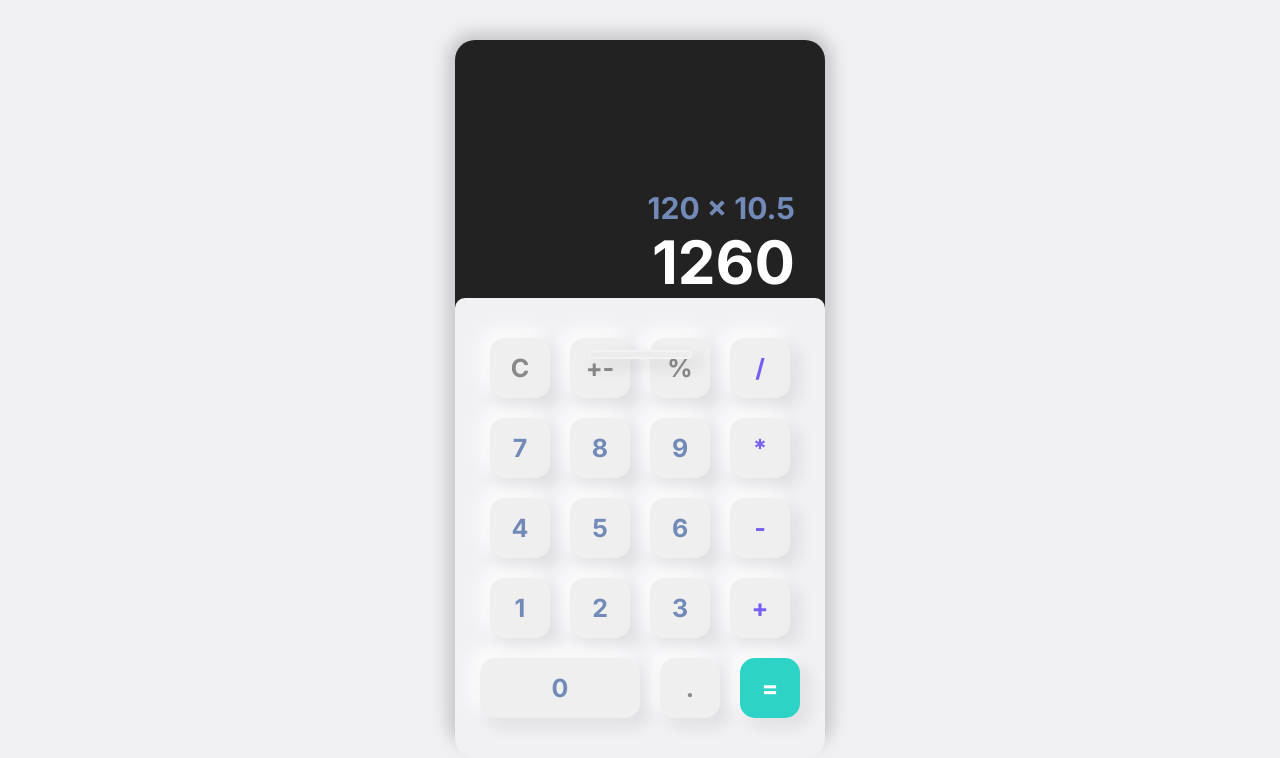
Repository: BrunoBross/calculator
Page: index.html
An editor plug-in stored every save of this project. The page is shown before and after the next save, followed by the edit.
The browser window is 1280 px wide. The pictures show the whole page.

Above is the page before, as saved 2021-12-01 00:01:53.

After the next save:
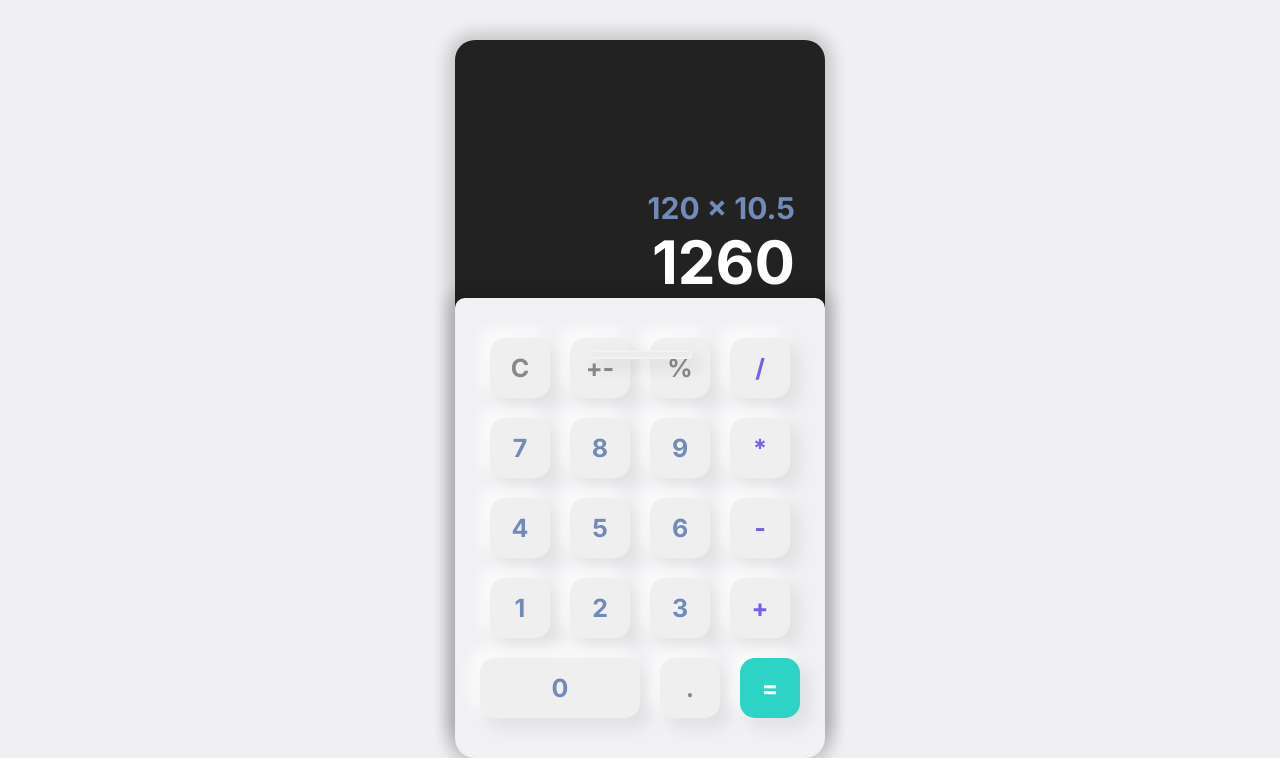
Saved 22 s later.
--- a/style.css
+++ b/style.css
@@ -53,6 +53,7 @@ main{
   flex-wrap: wrap;
   gap: 20px;
   border-radius: 10px 10px 20px 20px;
+  box-shadow: 0 0 15px 8px #0000002a;
 }
 
 .buttons > button{
